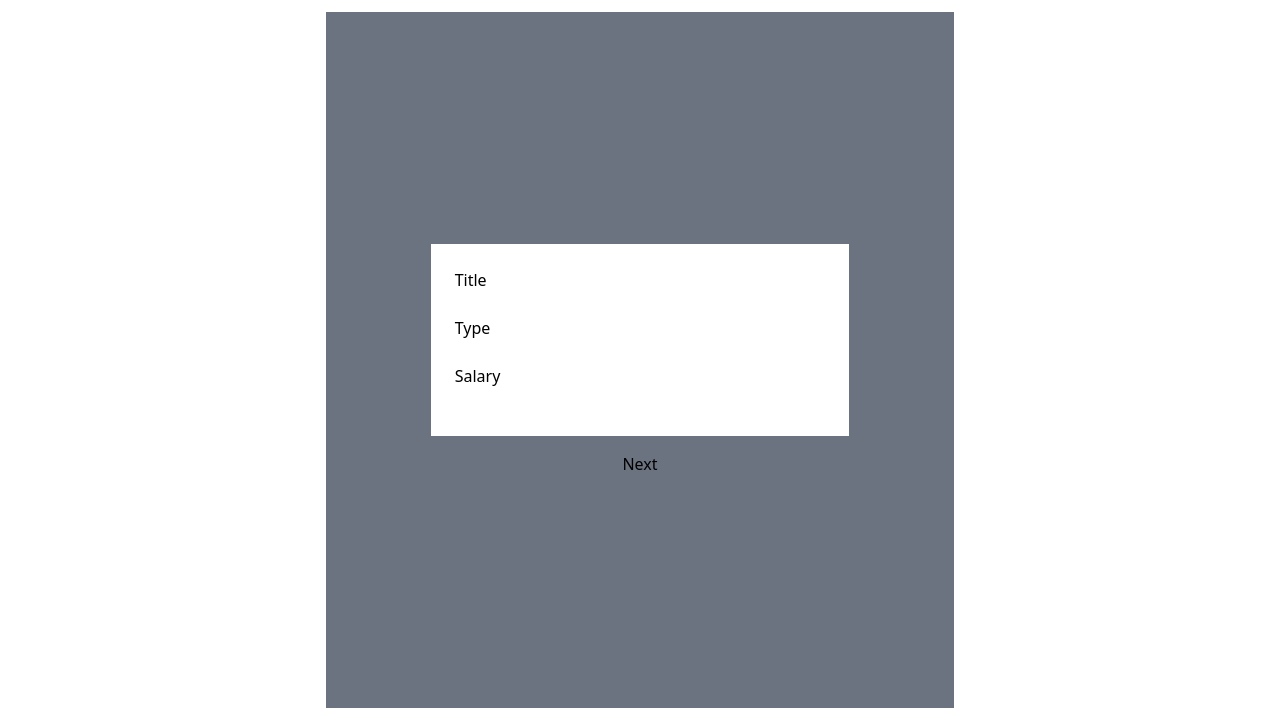
Repository: Abdibaye/Job-Sphere
Page: /form
The author's editor kept a copy of each file at every save. The page is drawn from the files as they stood at one save, then again after the next save.
The browser window is 1280 px wide. The pictures show the whole page.
The project was rebuilt for these pictures with package versions that can differ from the ones it lists, and the page was loaded fresh each time. Also part of the build but not shown: vite.config.js, src/components/search.jsx, src/components/navbar.jsx, src/pages/descriptionpage.jsx, src/components/job.jsx, src/components/feed.jsx, src/components/saved.jsx, src/components/filter.jsx and 4 more.

Above is the page before, as saved 2025-02-22 22:44:16.

After the next save:
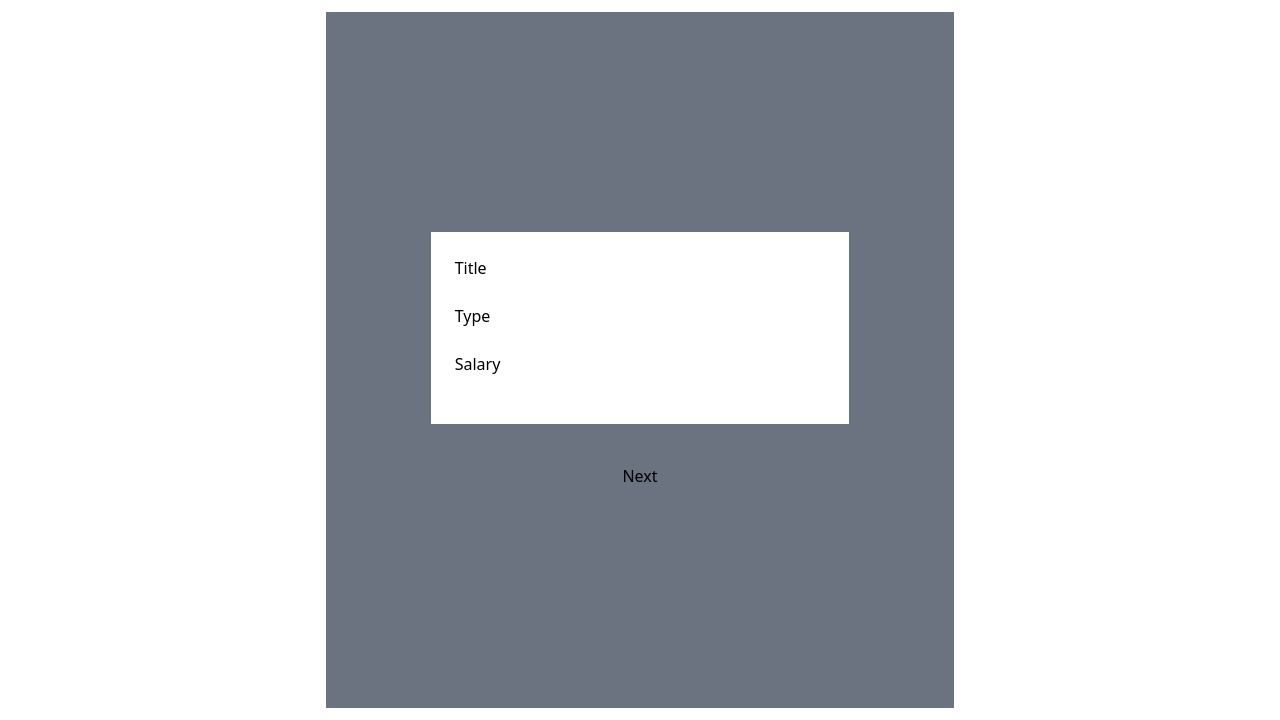
Saved 39 s later.
--- a/src/components/form.jsx
+++ b/src/components/form.jsx
@@ -12,7 +12,7 @@ function Form(){
                 <p>Salary</p>
                 <input type="text" />
               </div>
-              <button className="mt-4">Next</button>
+              <button className="mt-10">Next</button>
             </div>
         </div>
     );
